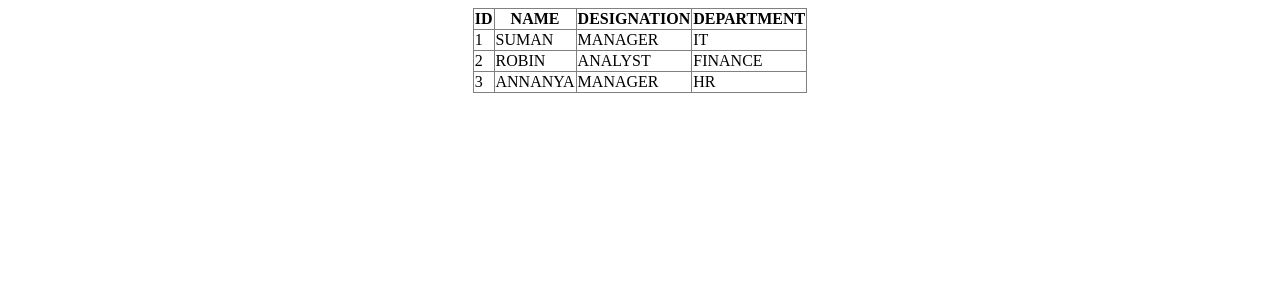
Repository: arindamslt/JEECoding
Page: JEE_FRONTEND/src/main/webapp/10Table.html
These files come from the project's save history. The page is drawn as it stood at one moment and after the next save; the edit follows.
The browser window is 1280 px wide. The pictures show the whole page.

Above is the page before, as saved 2025-07-15 04:53:40.

After the next save:
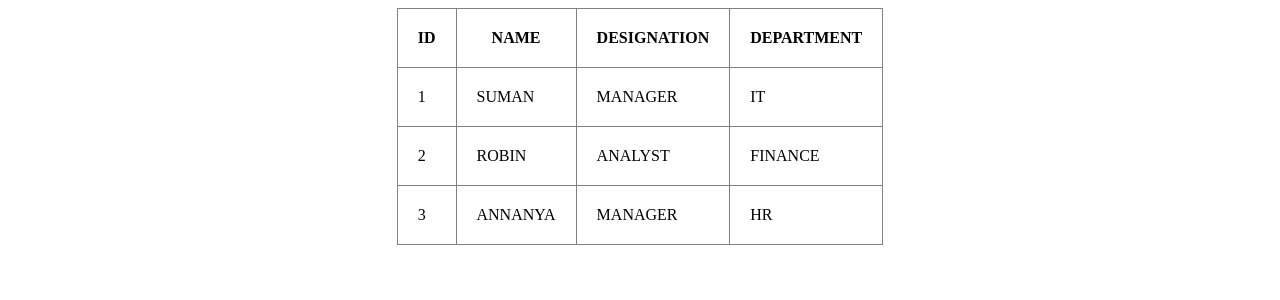
Saved 26 s later.
--- a/JEE_FRONTEND/src/main/webapp/10Table.html
+++ b/JEE_FRONTEND/src/main/webapp/10Table.html
@@ -5,7 +5,7 @@
 <title>TABLE</title>
 </head>
 <body>
-<table frame="box" rules="all" align="center">
+<table frame="box" rules="all" align="center" cellpadding="20px">
 	<thead>
 		<tr>
 			<th>ID</th>
